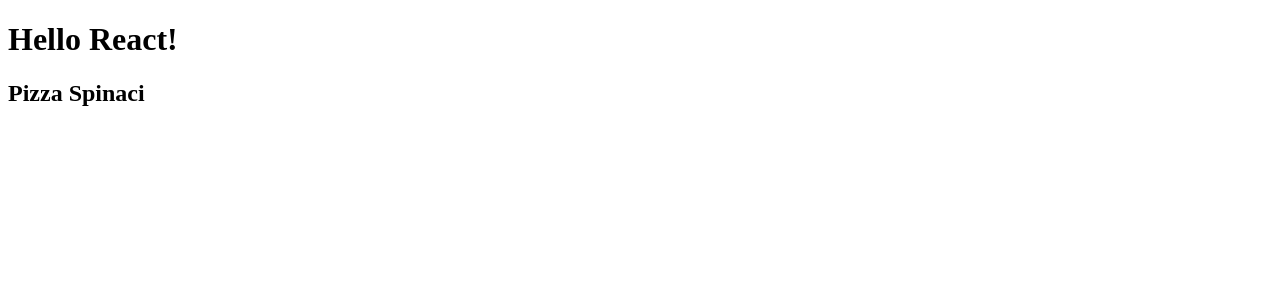
Repository: Alphosmart/03_pizza-menu
Page: /
An editor plug-in stored every save of this project. The page is shown before and after a run of saves, followed by the edit.
The browser window is 1280 px wide. The pictures show the whole page.
The project was rebuilt for these pictures with package versions that can differ from the ones it lists, and the page was loaded fresh each time.

Above is the page before, as saved 2024-05-26 16:29:17.

After the next 3 saves:
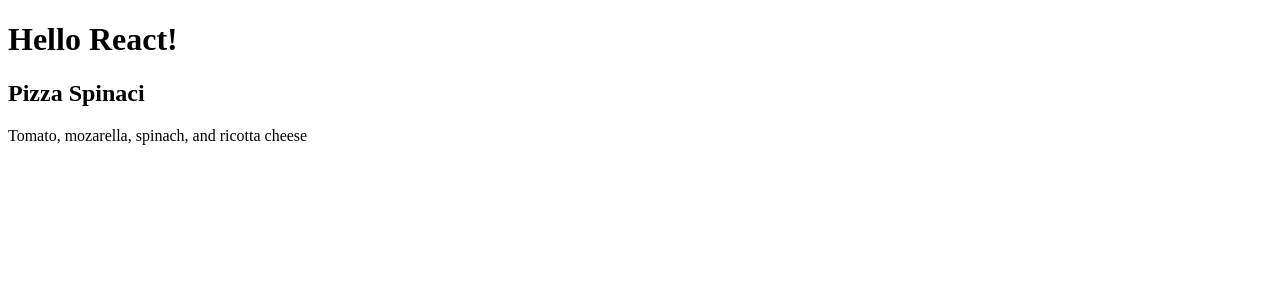
The 3 saves are shown as one change because 2 did not build or start.
The last was saved 97 s later.
--- a/src/index.js
+++ b/src/index.js
@@ -56,7 +56,12 @@ function App() {
 }
 
 function Pizza() {
-  return <h2>Pizza Spinaci</h2>;
+  return (
+    <div>
+      <h2>Pizza Spinaci</h2>
+      <p>Tomato, mozarella, spinach, and ricotta cheese</p>
+    </div>
+  );
 }
 
 // React v18
